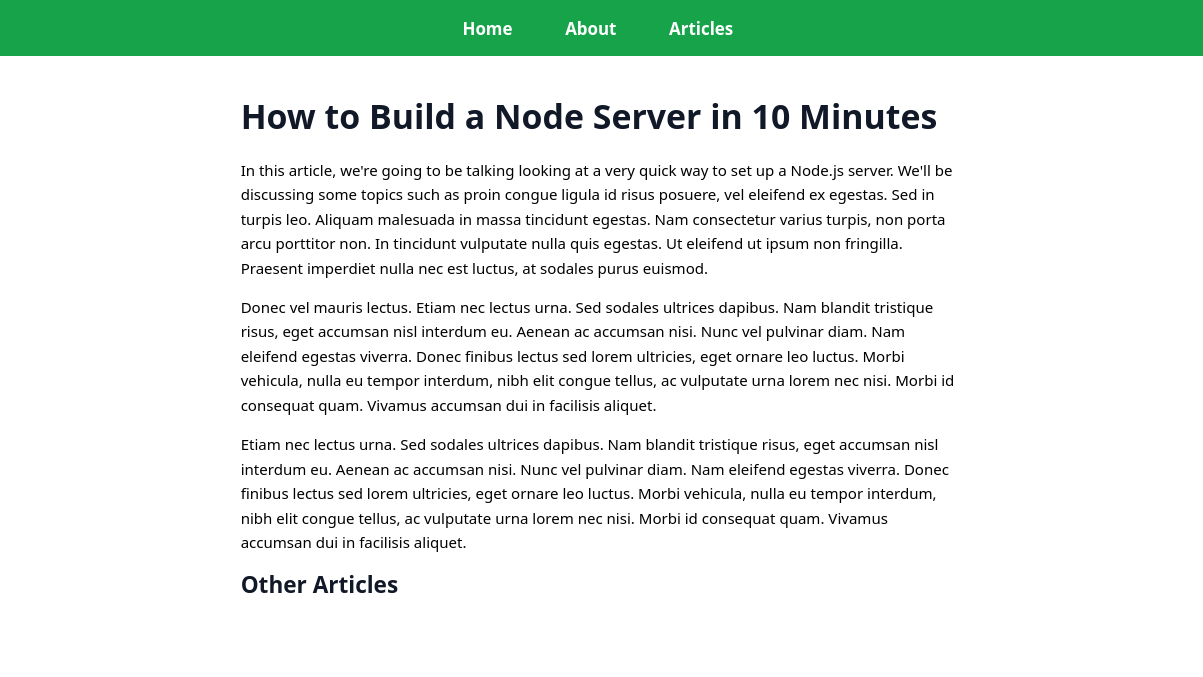
Repository: ymw0331/blog-mern-webapp
Page: /article/learn-node (app in client/)
The author's editor kept a copy of each file at every save. The page is drawn from the files as they stood at one save, then again after a run of saves.
The browser window is 1280 px wide. The pictures show the whole page, at 94% of full size.
Pictures or frames that could not be fetched are drawn as grey boxes. The project was rebuilt for these pictures with package versions that can differ from the ones it lists, and the page was loaded fresh each time. Also part of the build but not shown: client/src/pages/Home.js, client/src/pages/About.js, client/src/pages/ArticlesList.js.

Above is the page before, as saved 2022-12-10 21:51:34.

### client/src/App.js
import { BrowserRouter as Router, Route, Routes } from 'react-router-dom';
// Pages
import Home from './pages/Home';
import About from './pages/About';
import Article from './pages/Article';
import ArticlesList from './pages/ArticlesList';
import Navbar from './components/Navbar';

function App() {
  return (
    <Router>
      <Navbar />
      <div className='max-w-screen-md mx-auto pt-20'>
        <Routes>
          <Route path='/' element={<Home />} />
          <Route path='/about' element={<About />} />
          <Route path='/articles-list' element={<ArticlesList />} />
          <Route path='/article/:name' element={<Article />} />
        </Routes>
      </div>
    </Router>
  );
}

export default App;

### client/src/pages/Article.js
import React from 'react';
import { useParams } from 'react-router-dom';
import articleContent from './article-content';
// Components
import Articles from '../components/Articles'

const Article = () => {
  const { name } = useParams(); //name refered to App.js article route /:name
  const article = articleContent.find((article) => article.name === name);
  if (!article) return <h1>Article does not exist!</h1>;

  return (
    <>
      <h1 className='sm:text-4xl text-2xl font-bold my-6 text-gray-900'>
        {article.title}
      </h1>

      {article.content.map((paragraph, index) => (
        <p className='mx-auto leading-relaxed text-base mb-4' key={index}>
          {paragraph}
        </p>
      ))}

      <h1 className='sm:text-2xl text-xl font-bold my-4 text-gray-900'>
        Other Articles
      </h1>

      <div className='flex flex-wrap -m-4'>

      </div>


    </>
  );
};

export default Article;

### client/src/components/Navbar.js
import React from 'react';
import { Link } from 'react-router-dom';

const Navbar = () => {
  return (
    <nav className='border-b4 border-green-700 text-center fixed top-0 bg-green-600 font-bold w-full text-lg text-white'>
      <ul>
        <li className='inline-block py-4'>
          <Link to='/' className='pl-6 pr-8'>
            Home
          </Link>
        </li>
        <li className='inline-block py-4'>
          <Link to='/about' className='pl-6 pr-8'>
            About
          </Link>
        </li>
        <li className='inline-block py-4'>
          <Link to='/articles-list' className='pl-6 pr-8'>
            Articles
          </Link>
        </li>
      </ul>
    </nav>
  );
};

export default Navbar;

### client/src/pages/article-content.js
const articles = [
  {
    name: 'learn-react',
    title: 'The Fastest Way to Learn React',
    thumbnail: '/images/blog1.jpeg',
    content: [
      `Welcome! Today we're going to be talking about the fastest way to learn React. Lorem proin congue ligula id risus posuere, vel eleifend ex egestas. Sed in turpis leo. Aliquam malesuada in massa tincidunt egestas. Nam consectetur varius turpis, non porta arcu porttitor non. In tincidunt vulputate nulla quis egestas. Ut eleifend ut ipsum non fringilla. Praesent imperdiet nulla nec est luctus, at sodales purus euismod.`,
      `Donec vel mauris lectus. Etiam nec lectus urna. Sed sodales ultrices dapibus. Nam blandit tristique risus, eget accumsan nisl interdum eu. Aenean ac accumsan nisi. Nunc vel pulvinar diam. Nam eleifend egestas viverra. Donec finibus lectus sed lorem ultricies, eget ornare leo luctus. Morbi vehicula, nulla eu tempor interdum, nibh elit congue tellus, ac vulputate urna lorem nec nisi. Morbi id consequat quam. Vivamus accumsan dui in facilisis aliquet.`,
      `Etiam nec lectus urna. Sed sodales ultrices dapibus. Nam blandit tristique risus, eget accumsan nisl interdum eu. Aenean ac accumsan nisi. Nunc vel pulvinar diam. Nam eleifend egestas viverra. Donec finibus lectus sed lorem ultricies, eget ornare leo luctus. Morbi vehicula, nulla eu tempor interdum, nibh elit congue tellus, ac vulputate urna lorem nec nisi. Morbi id consequat quam. Vivamus accumsan dui in facilisis aliquet.`,
    ],
  },
  {
    name: 'learn-node',
    title: 'How to Build a Node Server in 10 Minutes',
    thumbnail: '/images/blog2.jpeg',
    content: [
      `In this article, we're going to be talking looking at a very quick way to set up a Node.js server. We'll be discussing some topics such as proin congue ligula id risus posuere, vel eleifend ex egestas. Sed in turpis leo. Aliquam malesuada in massa tincidunt egestas. Nam consectetur varius turpis, non porta arcu porttitor non. In tincidunt vulputate nulla quis egestas. Ut eleifend ut ipsum non fringilla. Praesent imperdiet nulla nec est luctus, at sodales purus euismod.`,
      `Donec vel mauris lectus. Etiam nec lectus urna. Sed sodales ultrices dapibus. Nam blandit tristique risus, eget accumsan nisl interdum eu. Aenean ac accumsan nisi. Nunc vel pulvinar diam. Nam eleifend egestas viverra. Donec finibus lectus sed lorem ultricies, eget ornare leo luctus. Morbi vehicula, nulla eu tempor interdum, nibh elit congue tellus, ac vulputate urna lorem nec nisi. Morbi id consequat quam. Vivamus accumsan dui in facilisis aliquet.`,
      `Etiam nec lectus urna. Sed sodales ultrices dapibus. Nam blandit tristique risus, eget accumsan nisl interdum eu. Aenean ac accumsan nisi. Nunc vel pulvinar diam. Nam eleifend egestas viverra. Donec finibus lectus sed lorem ultricies, eget ornare leo luctus. Morbi vehicula, nulla eu tempor interdum, nibh elit congue tellus, ac vulputate urna lorem nec nisi. Morbi id consequat quam. Vivamus accumsan dui in facilisis aliquet.`,
    ],
  },
  {
    name: 'my-thoughts-on-learning-react',
    title: 'My Thoughts on Learning ReactJS',
    thumbnail: '/images/blog3.jpeg',
    content: [
      `Today is the day I talk about something which scares most people: Learning ReactJS. In reality, I'm not sure why people have such a hard time with Learning ReactJS ligula id risus posuere, vel eleifend ex egestas. Sed in turpis leo. Aliquam malesuada in massa tincidunt egestas. Nam consectetur varius turpis, non porta arcu porttitor non. In tincidunt vulputate nulla quis egestas. Ut eleifend ut ipsum non fringilla. Praesent imperdiet nulla nec est luctus, at sodales purus euismod.`,
      `Donec vel mauris lectus. Etiam nec lectus urna. Sed sodales ultrices dapibus. Nam blandit tristique risus, eget accumsan nisl interdum eu. Aenean ac accumsan nisi. Nunc vel pulvinar diam. Nam eleifend egestas viverra. Donec finibus lectus sed lorem ultricies, eget ornare leo luctus. Morbi vehicula, nulla eu tempor interdum, nibh elit congue tellus, ac vulputate urna lorem nec nisi. Morbi id consequat quam. Vivamus accumsan dui in facilisis aliquet.`,
      `Etiam nec lectus urna. Sed sodales ultrices dapibus. Nam blandit tristique risus, eget accumsan nisl interdum eu. Aenean ac accumsan nisi. Nunc vel pulvinar diam. Nam eleifend egestas viverra. Donec finibus lectus sed lorem ultricies, eget ornare leo luctus. Morbi vehicula, nulla eu tempor interdum, nibh elit congue tellus, ac vulputate urna lorem nec nisi. Morbi id consequat quam. Vivamus accumsan dui in facilisis aliquet.`,
    ],
  },
];
export default articles;

### client/src/components/Articles.js
import React from 'react';
import { Link } from 'react-router-dom';

const Articles = ({ articles }) => {
  return (
    <>
      {articles.map((article, index) => (
        <div key={index} className='p-4 md:w-1/2'>
          <div className='h-full border-2 border-gray-200 border-opacity-60 rounded-lg overflow-hidden'>
            <Link to={`/article/${article.name}`}>
              <img
                className='lg:h-48 md:h-36 w-full object-cover object-center'
                src={article.thumbnail}
                alt='blog'
              />
            </Link>
            <div className='p-6'>
              <Link key={index} to={`/article/${article.name}`}>
                <h3 className='text-lg font-medium text-gray-900 mb-3'>
                  {article.title}
                </h3>
              </Link>
              <p className='leading-relaxed mb-3'>
                {article.content[0].substring(0, 110)}...
              </p>
              <div className='flex item-center flex-wrap'>
                <Link
                  className='text-indigo-500 inline-flex items-center md:mb-2 lg:mb-0'
                  to={`/article/${article.name}`}
                >
                  Learn More
                </Link>
              </div>
            </div>
          </div>
        </div>
      ))}
    </>
  );
};

export default Articles;

Loaded but not shown: client/public/index.html (common file); client/src/index.js (common file); client/src/index.css (common file); client/src/reportWebVitals.js (common file); client/tailwind.config.js (common file)

After the next 10 saves:
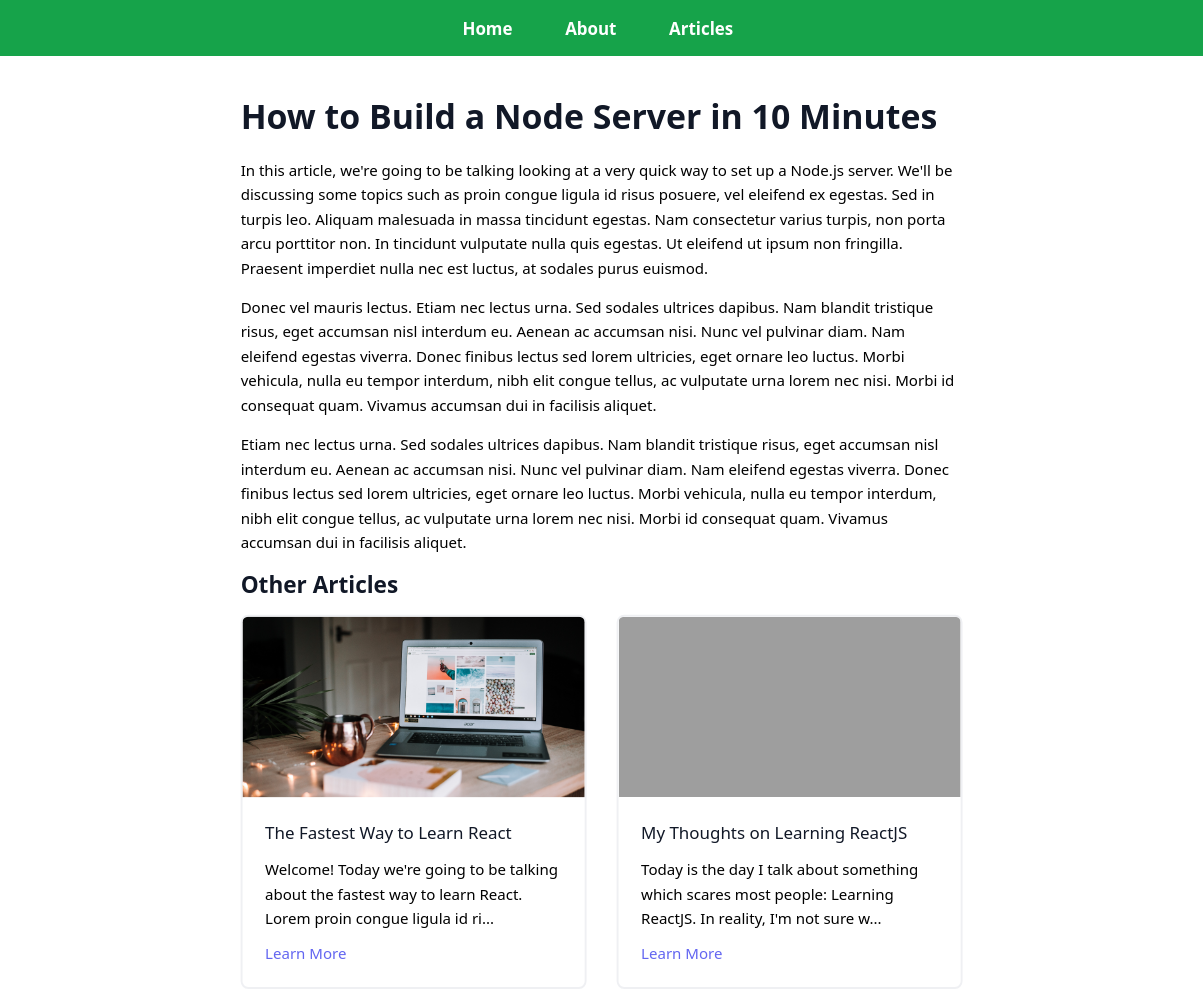
The 10 saves are shown as one change because 4 did not build or start and some came seconds apart.
The last was saved 63 s later.
--- a/client/src/pages/Article.js
+++ b/client/src/pages/Article.js
@@ -8,7 +8,7 @@
   const { name } = useParams(); //name refered to App.js article route /:name
   const article = articleContent.find((article) => article.name === name);
   if (!article) return <h1>Article does not exist!</h1>;
-
+  const otherArticles = articleContent.filter(article => article.name !== name)
   return (
     <>
       <h1 className='sm:text-4xl text-2xl font-bold my-6 text-gray-900'>
@@ -26,7 +26,7 @@
       </h1>
 
       <div className='flex flex-wrap -m-4'>
-
+        <Articles articles={otherArticles} />
       </div>
 
 
